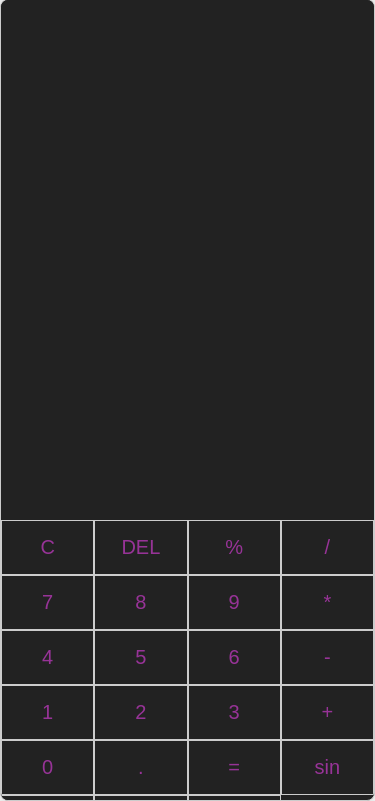
Repository: JuliusMonday/myCalculator
Page: index.html
An editor plug-in stored every save of this project. The page is shown before and after a run of saves, followed by the edit.
The browser window is 375 px wide. The pictures show the whole page.

Above is the page before, as saved 2024-05-31 08:57:30.

After the next 2 saves:
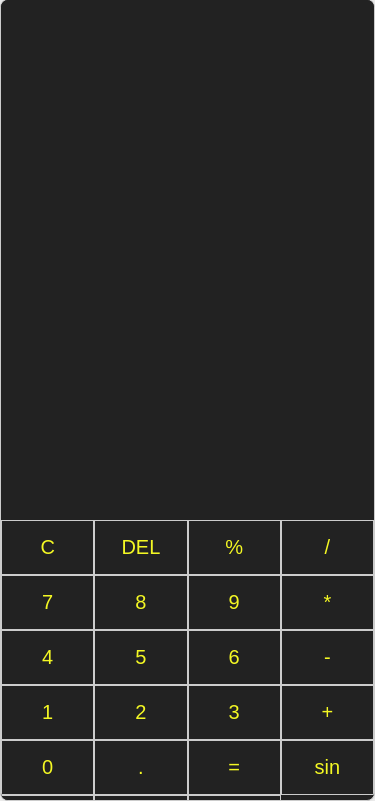
The 2 saves are shown as one change because they came seconds apart.
The last was saved 5 s later.
--- a/styles.css
+++ b/styles.css
@@ -82,7 +82,7 @@ button:active {
         padding: 15px;
         font-size: 20px;
         background-color:#222;
-        color: #f4f8
+        color: #f4f824
     }
     body{
 
